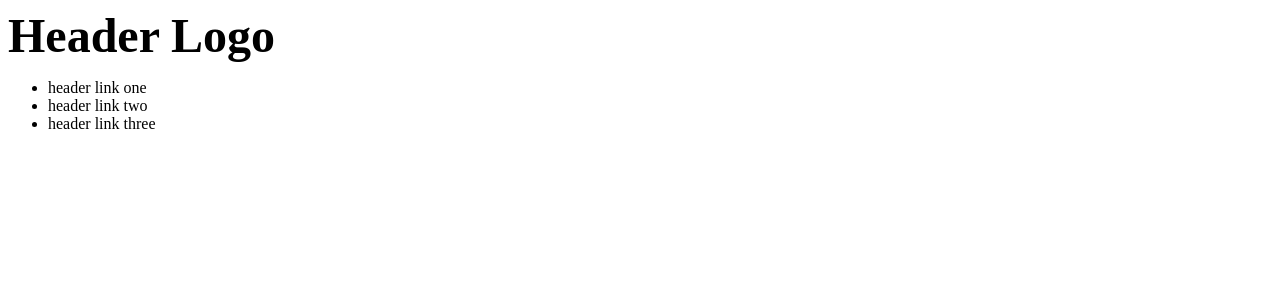
Repository: z1youRA/FirstWebsite
Page: index.html
An editor plug-in stored every save of this project. The page is shown before and after the next save, followed by the edit.
The browser window is 1280 px wide. The pictures show the whole page.

Above is the page before, as saved 2021-11-25 16:39:29.

### index.html
<!DOCTYPE html>
<html lang="en">
<head>
    <meta charset="UTF-8">
    <meta http-equiv="X-UA-Compatible" content="IE=edge">
    <meta name="viewport" content="width=device-width, initial-scale=1.0">
    <title>The Odin Project</title>
    <link rel="stylesheet" href="styles.css">
</head>
<body>
    <div class="header">
        <div class="logo">Header Logo</div>
        <div class="right-links">
            <ul>
                <li>header link one</li>
                <li>header link two</li>
                <li>header link three</li>
            </ul>
        </div>
    </div>

</body>
</html>

### styles.css
.header .logo {
    font-size: 48px;
    font-weight:bolder
}

After the next save:
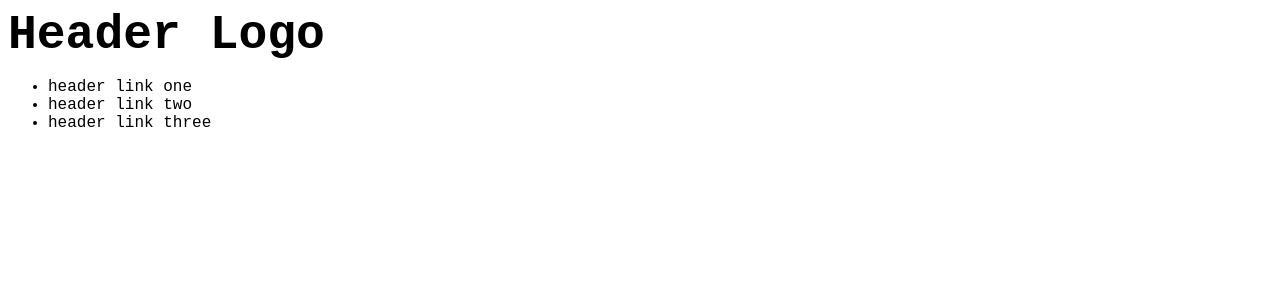
Saved 77 s later.
--- a/styles.css
+++ b/styles.css
@@ -1,4 +1,8 @@
+* {
+    font-family:'Courier New', Courier, monospace;
+}
+
 .header .logo {
     font-size: 48px;
-    font-weight:bolder
+    font-weight:bolder;
 }
